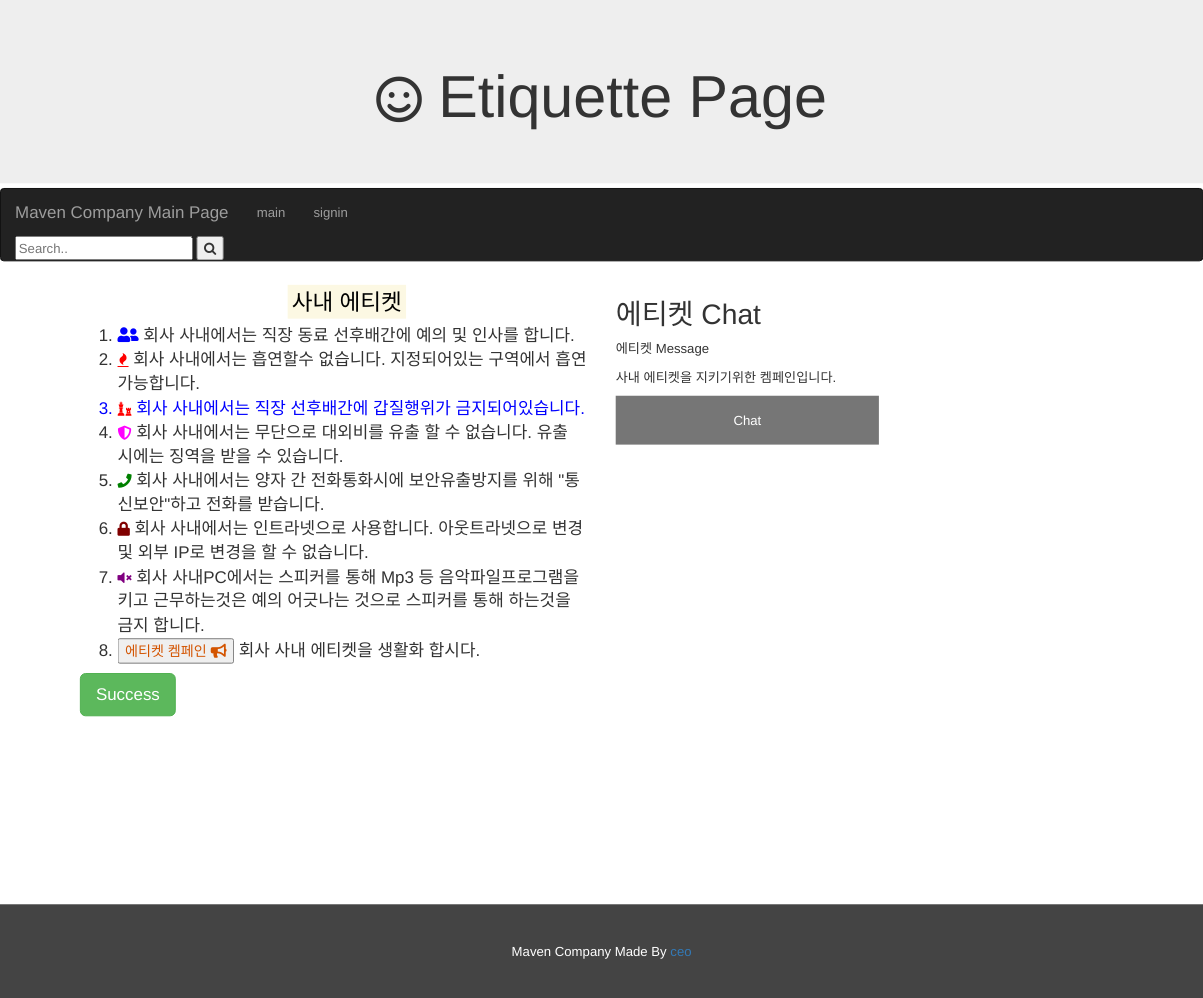
Repository: as2019a/spring
Page: http://localhost/ch19_project_mavenwebsite/WEB-INF/views/etiquette.jsp
An editor plug-in stored every save of this project. The page is shown before and after the next save, followed by the edit.
The browser window is 1280 px wide. The pictures show the whole page, at 94% of full size.
The pointer rests on the first visible `#c`.
Some web libraries are served in a nearby version. The page is served by Tomcat 9. Nobody is signed in. Other server files are loaded and not shown. The template is opened directly, without the code that normally fills it, so the values that code supplies are empty.

Above is the page before, as saved 2019-01-29 07:35:45.

### ch19_project_mavenwebsite/src/main/webapp/WEB-INF/views/etiquette.jsp
<%@ page language="java" contentType="text/html; charset=UTF-8"
    pageEncoding="UTF-8"%>
<%@ taglib prefix="c" uri="http://java.sun.com/jsp/jstl/core" %>
<%@ taglib prefix="sql" uri="http://java.sun.com/jstl/sql" %>
<%@ taglib prefix="sec" uri="http://www.springframework.org/security/tags"%>
<!DOCTYPE html>
<html>
<head>
<meta charset="UTF-8">
<meta name="viewport"
 	  content="width=device-width, initial-scale=1">
<title>Maven Home page</title>
<link href="https://maxcdn.bootstrapcdn.com/bootstrap/3.3.2/css/bootstrap.min.css" rel="stylesheet">
<link rel="stylesheet" href="https://use.fontawesome.com/releases/v5.5.0/css/all.css">
<link rel="stylesheet" href="https://cdnjs.cloudflare.com/ajax/libs/font-awesome/4.7.0/css/font-awesome.min.css">
<link rel="stylesheet" href="https://fonts.googleapis.com/icon?family=Material+Icons">
<style>
	.jumbotron{
		margin-bottom: 5px;
	}

	/* Button used to open the chat form - fixed at the bottom of the page */
	.open-button {
	  background-color: #555;
	  color: white;
	  padding: 16px 20px;
	  border: none;
	  cursor: pointer;
	  opacity: 0.8;
	  position: static;
	  bottom: 23px;
	  right: 28px;
	  width: 280px;
	}

	/* The popup chat - hidden by default */
	.chat-popup {
	  display: none;
	  position: fixed;
	  bottom: 0;
	  right: 15px;
	  border: 3px solid #f1f1f1;
	  z-index: 9;
	}

	/* Add styles to the form container */
	.form-container {
	  max-width: 300px;
	  padding: 10px;
	  background-color: white;
	}

	/* Full-width textarea */
	.form-container textarea {
	  width: 100%;
	  padding: 15px;
	  margin: 5px 0 22px 0;
	  border: none;
	  background: #f1f1f1;
	  resize: none;
	  min-height: 200px;
	}

	/* When the textarea gets focus, do something */
	.form-container textarea:focus {
	  background-color: #ddd;
	  outline: none;
	}

	/* Set a style for the submit/send button */
	.form-container .btn {
	  background-color: #4CAF50;
	  color: white;
	  padding: 16px 20px;
	  border: solid;
	  cursor: pointer;
	  width: 100%;
	  margin-bottom:10px;
	  opacity: 0.8;
	}

	/* Add a red background color to the cancel button */
	.form-container .cancel {
	  background-color: red;
	}

	/* Add some hover effects to buttons */
	.form-container .btn:hover, .open-button:hover {
	  opacity: 1;
	}

	#a:hover{
		color:blue;
	}

	#b:hover{
		color:red;
	}

	#c:hover{
		color:blue;
	}

	#d:hover{
		color:green;
	}

	#e:hover{
		color:green;
	}

	#f:hover{
		color:teal;
	}

	#g:hover{
		color:red;
	}

	.footer{
		height: 100px;
		line-height: 100px;
		background-color: #444;
		color: white;
		text-align: center;
		margin-top: 200px;
	}
</style>
</head>
<body>
	<div class="jumbotron">
		<h1 class="text-center"><i class='far fa-smile' style='font-size:50px'></i> Etiquette Page</h1>
	</div>
	<div class="navbar navbar-inverse">
		<div class="container-fluid">
			<div class="navbar-header">
					<button type="button"
							class="navbar-toggle"
							data-toggle="collapse"
							data-target="#navbar">
							<span class="icon-bar"></span>
							<span class="icon-bar"></span>
							<span class="icon-bar"></span>
					</button>
					<a class="navbar-brand" href="#">Maven Company Main Page</a>
	    		</div>
	    	<div>
	      	<div class="collapse navbar-collapse" id="myNavbar">
				<ul class="nav navbar-nav">
					<li><a href="/main">main</a></li>
					<sec:authorize access="!isAuthenticated()">
					<li><a href="/user/signin">signin</a></li>
					</sec:authorize>
					<sec:authorize access="isAuthenticated()">
					<li><a href="/user/signup">signup</a></li>
					</sec:authorize>
					<sec:authorize access="isAuthenticated()">
					<li><a href="/board/list">board</a></li>
					</sec:authorize>
					<sec:authorize access="isAuthenticated()">
					<li><a href="/mypage">mypage</a></li>
					</sec:authorize>
					<sec:authorize access="isAuthenticated()">
					<li><a href="/address">address</a></li>
					</sec:authorize>
					<sec:authorize access="isAuthenticated()">
					<li><a href="/cafe">cafe</a></li>
					</sec:authorize>
					<sec:authorize access="isAuthenticated()">
					<li><a href="/calendar">calendar</a></li>
					</sec:authorize>
					<sec:authorize access="isAuthenticated()">
					<li><a href="/worlduniversity">worlduniversity</a></li>
					</sec:authorize>
					<sec:authorize access="isAuthenticated()">
					<li><a href="/etc">etc</a></li>
					</sec:authorize>
					<sec:authorize access="hasRole('ROLE_MANAGER')">
					<li><a href="/manager">manager</a></li>
					</sec:authorize>
					<sec:authorize access="hasRole('ROLE_ADMIN')">
					<li><a href="/admin">admin</a></li>
					</sec:authorize>
					<sec:authorize access="isAuthenticated()">
					<li><a href="javascript:signout()">signout</a></li>
					</sec:authorize>
				</ul>
			</div>
		</div>
			<div class="search-container">
		    <form action="/action_page.php">
		      <input type="text" placeholder="Search.." name="search">
		      <button type="submit"><i class="fa fa-search"></i></button>
		    </form>
		  </div>
		</div>
	</div>
	<div class="container">
		<div class="row">
			<div class="col-lg-12">
				<div class="col-lg-6">
					<h4 style="text-align:center;font-size:x-large;"><i class='fas fa-user' style='font-size:24px;color:background;'></i> <mark>사내 에티켓</mark></h4>
					<ol style="font-size:large;">
						<li id="a" title="">
						<i class='fas fa-user-friends' style='font-size:15x;color:blue;'></i> 회사 사내에서는 직장 동료 선후배간에 예의 및 인사를 합니다.</li>
						<li id="b" title="">
						<i class="fa fa-fire" style="font-size:15px;color:red;"></i> 회사 사내에서는 흡연할수 없습니다. 지정되어있는 구역에서 흡연 가능합니다.</li>
						<li id="c" title="">
						<i class='fas fa-chess' style='font-size:15px;color:red;'></i> 회사 사내에서는 직장 선후배간에 갑질행위가 금지되어있습니다.</li>
						<li id="d" title="">
						<i class='fas fa-shield-alt' style='font-size:15px;color:fuchsia;'></i> 회사 사내에서는 무단으로 대외비를 유출 할 수 없습니다. 유출 시에는 징역을 받을 수 있습니다.</li>
						<li id="e" title="본 기업에서 근무시에 전화통화할때는 군사용어 '통신보안' 이라는 용어를 쓰고 통화하는것이 예의 입니다. 보안유출방지를 위해 군사용어가 일부 사용되고 있습니다.">
						<i class='fas fa-phone' style='font-size:15px;color:green;'></i> 회사 사내에서는 양자 간 전화통화시에 보안유출방지를 위해 "통신보안"하고 전화를 받습니다.</li>
						<li id="f" title="">
						<i class='fas fa-lock' style='font-size:15px;color:maroon;'></i> 회사 사내에서는 인트라넷으로 사용합니다. 아웃트라넷으로 변경 및 외부 IP로 변경을 할 수 없습니다.</li>
						<li id="g" title="MP3, CDP 등 저장매체가 들어가있는 전자제품 반입시에는 반입하기전에 1층 보안관리지휘통제실을 거쳐서 허가 받아야 가능합니다.">
						<i class='fas fa-volume-mute' style='font-size:15px;color:purple;'></i> 회사 사내PC에서는 스피커를 통해 Mp3 등 음악파일프로그램을 키고 근무하는것은 예의 어긋나는 것으로
						스피커를 통해 하는것을 금지 합니다.</li>
						<li><button style='font-size:15px;color:#d35400;' onclick="location.href='eittes.jsp'"> 에티켓 켐페인 <i class='fas fa-bullhorn'></i></button> 회사 사내 에티켓을 생활화 합시다.</li>
					</ol>
					<button type="button" class="btn btn-success btn-lg" data-toggle="popover" title="Popover title" data-content="And here's some amazing content. It's very engaging. Right?">Success</button>
				</div>
				<div class="col-lg-6">
					<h2>에티켓 Chat</h2>
					<p>에티켓 Message</p>
					<p>사내 에티켓을 지키기위한 켐페인입니다.</p>

					<button class="open-button" onclick="openForm()">Chat</button>

					<div class="chat-popup" id="myForm">
					  <form action="/action_page.php" class="form-container">
					    <h1 style="text-align:center;" title="사내 예절 켐페인 운동">에티켓 Message</h1>

					    <label for="msg"><b>Message</b></label>
					    <textarea placeholder="Type message.." name="msg" required title="Message area"></textarea>

					    <button type="submit" class="btn" title="post">Send</button>
					    <button type="button" class="btn cancel" onclick="closeForm()" title="exit">Close</button>
					  </form>

					  <a href="#" data-toggle="popover" title="Popover Header" data-content="사내 에티켓 켐페인 Message는 Send 버튼 누를시에 에티켓 페이지
					  게시판에 post를 거쳐서 올라갑니다.">Message 루트</a>
					</div>
				</div>
			</div>
		</div>
	</div>
	<div class="footer">
		Maven Company Made By <a href="/footerceo">ceo</a>
	</div>
	<script src="https://code.jquery.com/jquery-3.3.1.min.js"></script>
	<script src="https://maxcdn.bootstrapcdn.com/bootstrap/3.3.2/js/bootstrap.min.js"></script>
	<script>
		function signout(){
			var form = document.createElement("form");
			form.method="post";
			form.action="/user/signout";
			var input = document.createElement("input");
			input.type="hidden";
			input.name="${_csrf.parameterName}";
			input.value="${_csrf.token}";
			form.appendChild(input);
			document.body.appendChild(form);
			form.submit();
		}

		$(document).ready(function(){
			 $('[data-toggle="popover"]').popover();
		});

		function openForm() {
			document.getElementById("myForm").style.display = "block";
		}

		function closeForm() {
			document.getElementById("myForm").style.display = "none";
		}
	</script>
</body>
</html>

After the next save:
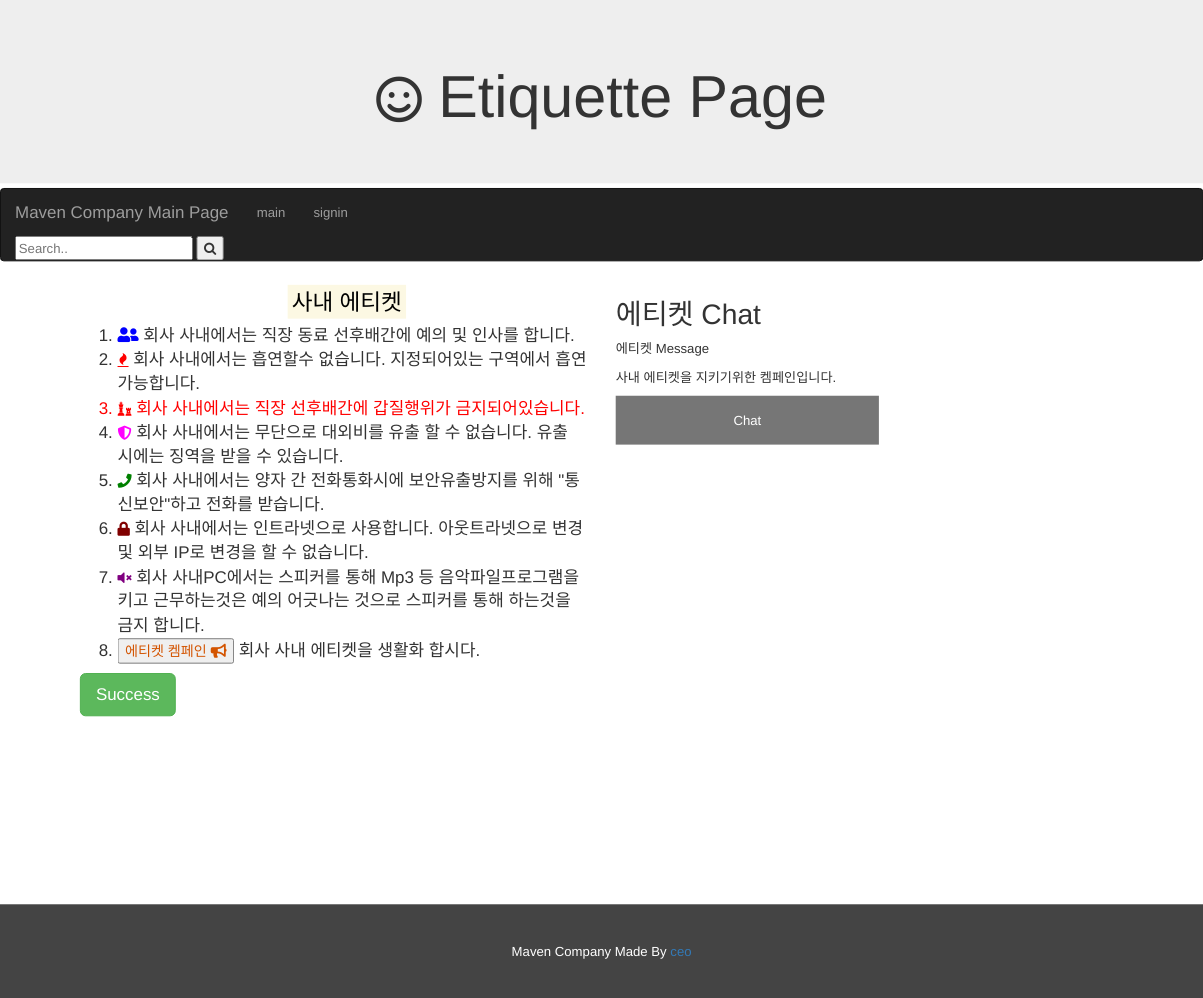
Saved 104 s later.
--- a/ch19_project_mavenwebsite/src/main/webapp/WEB-INF/views/etiquette.jsp
+++ b/ch19_project_mavenwebsite/src/main/webapp/WEB-INF/views/etiquette.jsp
@@ -98,11 +98,11 @@
 	}
 
 	#c:hover{
-		color:blue;
+		color:red;
 	}
 
 	#d:hover{
-		color:green;
+		color:fuchsia;
 	}
 
 	#e:hover{
@@ -110,7 +110,7 @@
 	}
 
 	#f:hover{
-		color:teal;
+		color:maroon;
 	}
 
 	#g:hover{
